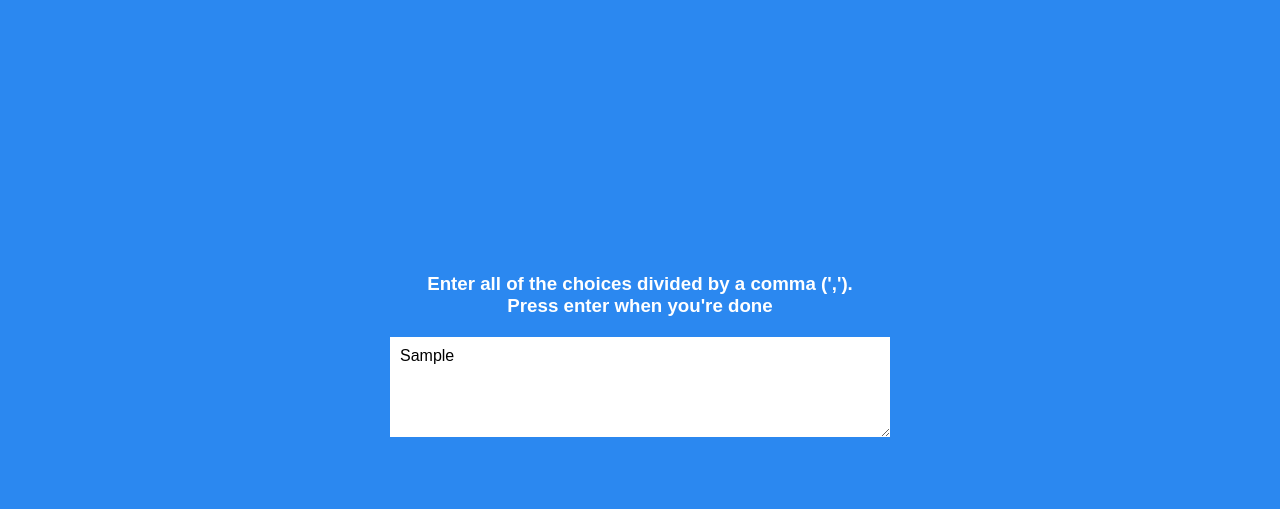
Repository: Williamlmachado/Random-Choice
Page: index.html
These files come from the project's save history. The page is drawn as it stood at one moment and after the next save; the edit follows.
The browser window is 1280 px wide. The pictures show the whole page.
Empty fields were first filled with sample values (such as "Sample", 5 or name@example.com).
After loading, the first visible `#textarea` was changed once.
Some web fonts or font styles are not loaded; a fallback is used.

Above is the page before, as saved 2021-08-23 13:13:33.
Console error: ReferenceError: tag is not defined

### style.css
@import url('https://fonts.googleapis.com/css?family=Muli&display=swap');

* {
  box-sizing: border-box;
}

body {
  background-color: #2b88f0;
  font-family: 'Muli', sans-serif;
  display: flex;
  flex-direction: column;
  align-items: center;
  justify-content: center;
  height: 100vh;
  overflow: hidden;
  margin: 0;
}

h3 {
  color: #fff;
  margin: 10px 0 20px;
  text-align: center;
}

.container {
  width: 500px;
}

textarea {
  border: none;
  display: block;
  width: 100%;
  height: 100px;
  font-family: inherit;
  padding: 10px;
  margin: 0 0 20px;
  font-size: 16px;
}

textarea:focus {
  outline: none;
}

.tag {
  background-color: #f0932b;
  color: #fff;
  border-radius: 50px;
  padding: 10px 20px;
  margin: 0 5px 10px 0;
  font-size: 14px;
  display: inline-block;
}

.tag.highlight {
  background-color: #273c75;
}

### script.js
const tagsEl = document.getElementById('tags')
const textarea =document.getElementById('textarea')

textarea.focus()

textarea.addEventListener('keyup', (e) =>{
    createTags(e.target.value)

    if(e.key === ' Enter')
        setTimeout(() => {
            e.target.value = ''
        }, 10)

        randomSelect()

})
function createTags(input){
    const tags = input.split(',').filter(tag => tag.trim() !== '').map(tag.trim())
    console.log(tags)
    tagsEl.innerHTML = ''

    tags.forEach( tag => {
        const tagEl = document.createElement('span')
        tagEl.classList.add('tag')
        tagEl.innerText = tag
        tagEl.appendChild(tagEl)
    })
}
function randomSelect(){
    const times = 30

    const interval = setInterval(() =>{
        const randomTag = pickRandomTag()
    }, 100);
function pickRandomTag() {
        const tags = document.querySelectorAll('.tag')
        return tags[Math.floor(Math.random() * tags.length)]
    }
    function highlightTag(tag) {
        tag.classList.add('highlight')
    }
    function unHighlightTag(tag) {
        tag.classList.remove('highlight')
    }
}

Loaded but not shown: index.html (common file)

After the next save:
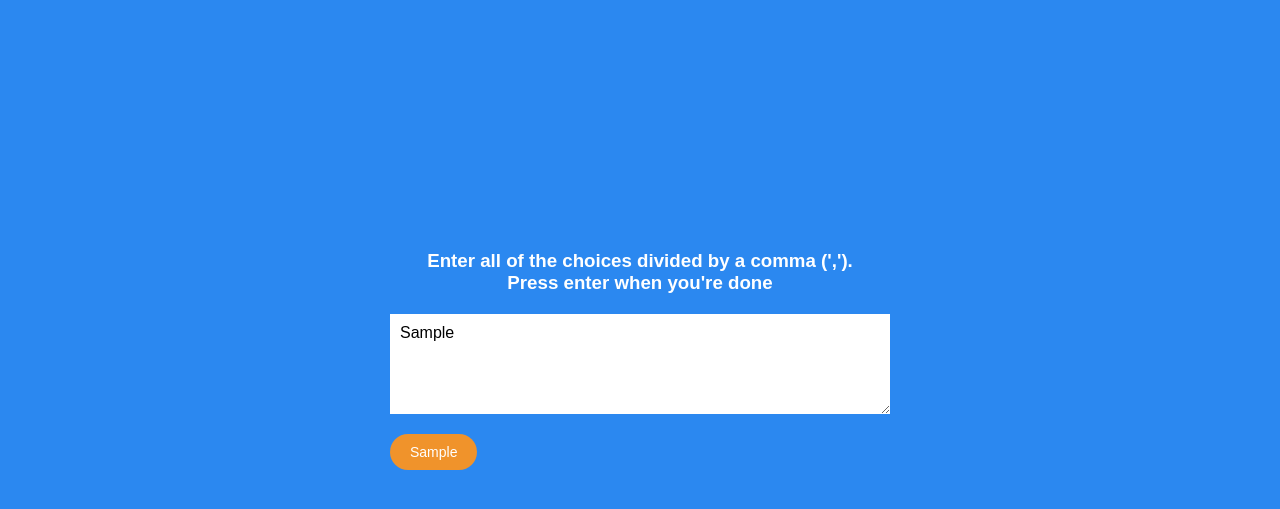
The error is gone.
Saved 39 s later.
--- a/script.js
+++ b/script.js
@@ -1,45 +1,69 @@
 const tagsEl = document.getElementById('tags')
-const textarea =document.getElementById('textarea')
+const textarea = document.getElementById('textarea')
 
 textarea.focus()
 
-textarea.addEventListener('keyup', (e) =>{
+textarea.addEventListener('keyup', (e) => {
     createTags(e.target.value)
 
-    if(e.key === ' Enter')
+    if(e.key === 'Enter') {
         setTimeout(() => {
             e.target.value = ''
         }, 10)
 
         randomSelect()
+    }
+})
 
-})
-function createTags(input){
-    const tags = input.split(',').filter(tag => tag.trim() !== '').map(tag.trim())
-    console.log(tags)
+function createTags(input) {
+    const tags = input.split(',').filter(tag => tag.trim() !== '').map(tag => tag.trim())
+
     tagsEl.innerHTML = ''
 
-    tags.forEach( tag => {
+    tags.forEach(tag => {
         const tagEl = document.createElement('span')
         tagEl.classList.add('tag')
         tagEl.innerText = tag
-        tagEl.appendChild(tagEl)
+        tagsEl.appendChild(tagEl)
     })
 }
-function randomSelect(){
+
+function randomSelect() {
     const times = 30
 
-    const interval = setInterval(() =>{
+    const interval = setInterval(() => {
         const randomTag = pickRandomTag()
+
+	if (randomTag !== undefined) {
+        highlightTag(randomTag)
+
+        setTimeout(() => {
+            unHighlightTag(randomTag)
+        }, 100)
+	}
     }, 100);
+
+    setTimeout(() => {
+        clearInterval(interval)
+
+        setTimeout(() => {
+            const randomTag = pickRandomTag()
+
+            highlightTag(randomTag)
+        }, 100)
+
+    }, times * 100)
+}
+
 function pickRandomTag() {
-        const tags = document.querySelectorAll('.tag')
-        return tags[Math.floor(Math.random() * tags.length)]
-    }
-    function highlightTag(tag) {
-        tag.classList.add('highlight')
-    }
-    function unHighlightTag(tag) {
-        tag.classList.remove('highlight')
-    }
+    const tags = document.querySelectorAll('.tag')
+    return tags[Math.floor(Math.random() * tags.length)]
 }
+
+function highlightTag(tag) {
+    tag.classList.add('highlight')
+}
+
+function unHighlightTag(tag) {
+    tag.classList.remove('highlight')
+}
